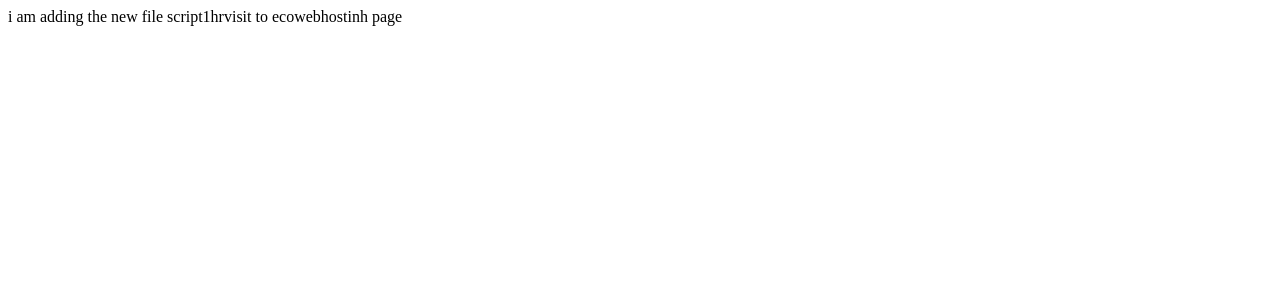
Repository: Ashwin1510/php_projectgh
Page: http://localhost/script2.php
These files come from the project's save history. The page is drawn as it stood at one moment and after a run of saves; the edit follows.
The browser window is 1280 px wide. The pictures show the whole page.
The page is run by PHP 8.4 with error messages shown; the project is at /var/www/html/.

Above is the page before, as saved 2022-12-14 15:47:43.

After the next 4 saves:
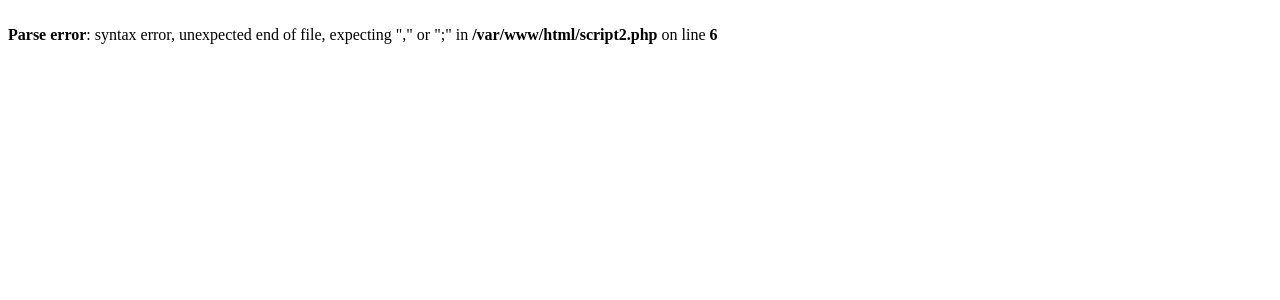
The 4 saves are shown as one change because they came seconds apart.
The last was saved 11 s later.
--- a/script2.php
+++ b/script2.php
@@ -3,3 +3,4 @@
 
  echo "hr";
  echo "visit to ecowebhostinh page";
+ echo file_
